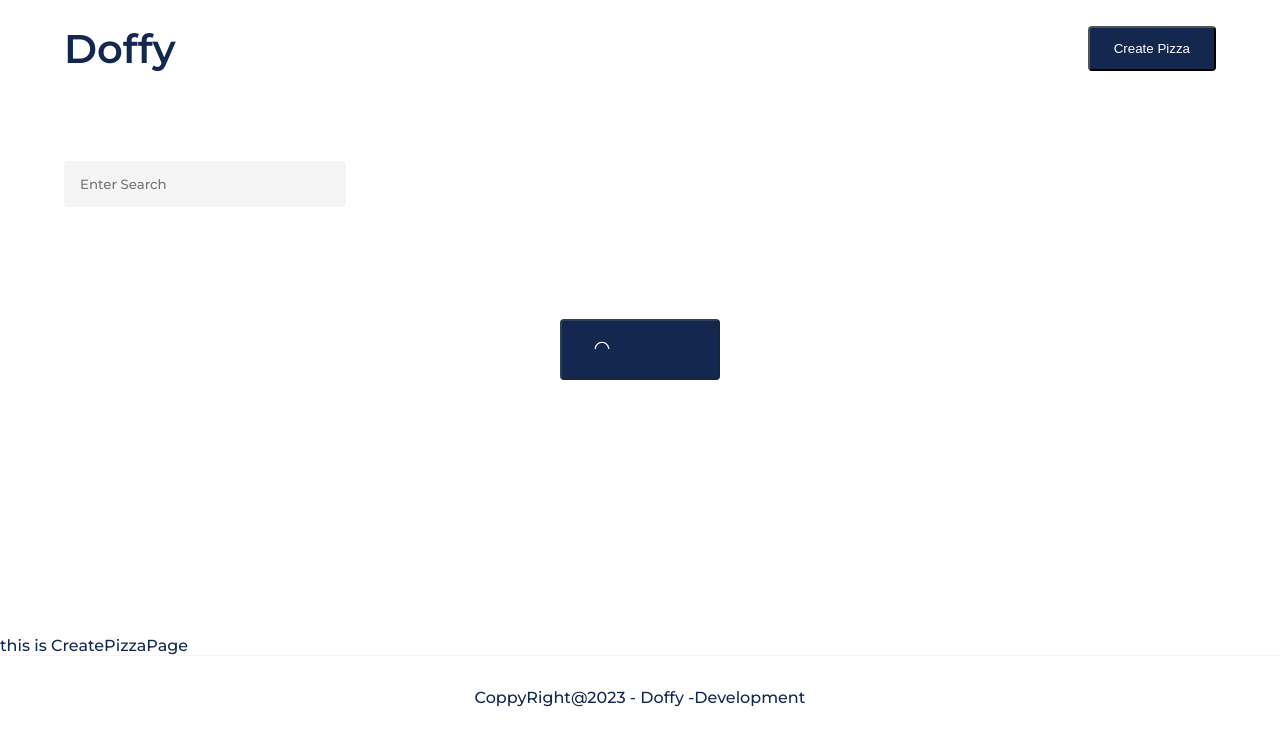
Repository: 16-Doffy/Pizza-Store
Page: /
These files come from the project's save history. The page is drawn as it stood at one moment and after the next save; the edit follows.
The browser window is 1280 px wide. The pictures show the whole page.
The page's requests for data from a server got no answer. An inner scrolling area shows only its first screen. The project was rebuilt for these pictures with package versions that can differ from the ones it lists, and the page was loaded fresh each time. No one was signed in, and anything a server would have sent is missing. Also part of the build but not shown: webpack.config.js, src/sections/CardPizza.tsx.

Above is the page before, as saved 2025-02-08 13:33:14.

### src/App.tsx
import React from "react";
import "./index.css";
import Header from "./layout/Header";
import Footer from "./layout/Footer";
import CreatePizzaPage from "./pages/CreatePizzaPage";
import HomePage from "./pages/HomePage";

function App() {

  return (
    <div className="App">
    <Header />
    <HomePage />
    <CreatePizzaPage />
    <Footer />

    </div>
  );
}

export default App;

### src/index.css
@import url("https://fonts.googleapis.com/css2?family=Montserrat:ital,wght@0,300;0,500;0,600;1,300;1,500;1,600&display=swap");

html {
  font-family: "Montserrat", sans-serif;
}

body {
  padding: 0;
  margin: 0;
  box-sizing: border-box;
}

div {
  color: #14274e;
}

.flex-basic-between {
  display: flex;
  justify-content: space-between;
  align-items: center;
}

/* Button */
.btn-main {
  cursor: pointer;
  background: #14274e;
  color: #fff;
  padding: 0.8rem 1.5rem;
  border-radius: 4px;
}

.btn-main:hover {
  background: #394867;
}
/* Button */

.wrapper-card-items {
  display: flex;
  column-gap: 4rem;
  flex-wrap: wrap;
  row-gap: 8rem;
  padding-top: 7rem;
}

.card-items {
  width: 30%;
  height: 200px;
  box-shadow: 0px 4px 20px 0px rgba(72, 119, 159, 0.18);
  position: relative;
  cursor: pointer;
}

.card-image-pizza {
  width: 200px;
  position: absolute;
  top: -90px;
  left: 22.5%;
}

.card-content {
  display: flex;
  align-items: center;
  justify-content: center;
  height: 50%;
  background: #14274e;
}

/* Text field */
.text-field {
  padding: 0.8rem 1rem;
  background: #f5f5f5;
  border: none;
  outline: none;
  color: #14274e;
  border-radius: 4px;
}

input {
  font-family: "Montserrat", sans-serif;
}
/* Text field */

/* Loading Spinner */
.lds-ring {
  display: inline-block;
  position: relative;
  width: 80px;
  height: 80px;
}
.lds-ring div {
  box-sizing: border-box;
  display: block;
  position: absolute;
  width: 64px;
  height: 64px;
  margin: 8px;
  border: 8px solid #14274e;
  border-radius: 50%;
  animation: lds-ring 1.2s cubic-bezier(0.5, 0, 0.5, 1) infinite;
  border-color: #14274e transparent transparent transparent;
}
.lds-ring div:nth-child(1) {
  animation-delay: -0.45s;
}
.lds-ring div:nth-child(2) {
  animation-delay: -0.3s;
}
.lds-ring div:nth-child(3) {
  animation-delay: -0.15s;
}
@keyframes lds-ring {
  0% {
    transform: rotate(0deg);
  }
  100% {
    transform: rotate(360deg);
  }
}
/* Loading Spinner */

### src/layout/Header.tsx
import React from "react";
import ButtonField from "../components/ButtonField";

const Header = () => {
  return (
    <div className="flex-basic-between" style={{ padding: "1.5rem 4rem" }}>
      <div style={{ fontSize: "40px", fontWeight: 600 }}>Doffy</div>
      <ButtonField > Create Pizza</ButtonField>
    </div>
  );
};

export default Header;

### src/layout/Footer.tsx
import React from 'react';

const Footer = () => {
    return (
        <div
        style={{textAlign:'center', padding:'2rem 0', borderTop:'1px solid #f1f6f9'}}>
            CoppyRight@2023 - Doffy -Development
        </div>
    );
};

export default Footer;

### src/pages/CreatePizzaPage.tsx
import React from 'react';

const CreatePizzaPage = () => {
    return (
        <div>
            this is CreatePizzaPage
        </div>
    );
};

export default CreatePizzaPage;

### src/pages/HomePage.tsx
import React, { useEffect, useState } from "react";
import CardPizza from "../sections/CardPizza";
import { Pizza } from "../models/Pizza.model";
import TextField from "../components/TextField";
import ButtonField from "../components/ButtonField";

const HomePage = () => {
  const [pizzas, setPizzas] = useState<Pizza[]>([]);
  const [isLoading, setIsLoading] = useState(false);
  const [page, setPage] = useState<number>(1);

  useEffect(() => {
    setIsLoading(true)
    fetch(`https://668a837a2c68eaf3211d01c4.mockapi.io/laptop/product?page=${page}`)
      .then(res => res.json())
      .then((data) => {
        setIsLoading(false);
        setPizzas([...pizzas, ...data]);
      })
  }, [page]);


  return (
    <>
    <div
      style={{
        height: "calc(100vh - 309px)",
        padding: "4rem 4rem",
        overflow: "auto",
      }}
    >
    <TextField placeholder="Enter Search" width="250px" />
      <div className="wrapper-card-items">
        {
        (pizzas || []).map((item, index) =>
          <CardPizza
            key={index}
            id={item.id}
            productName={item.productName}
            description={item.description}
          />
        )
        }
      </div>

      <div
          style={{ display: "flex", width: "100%", justifyContent: "center" }}>
         <ButtonField loading={isLoading} onClick={() => setPage(page => page + 1)}>
           Show more
            </ButtonField>
        </div>

    </div>
    </>
  )
};

export default HomePage;





// import React, { useEffect, useMemo, useRef, useState } from "react";
// import CardPizza from "../sections/CardPizza";
// import { Pizza } from "../models/Pizza.model";
// import ButtonField from "../components/ButtonField";
// import TextField from "../components/TextField";

// const HomePage = () => {
//   const [pizzas, setPizzas] = useState<Pizza[]>([]);
//   const [count, setCount] = useState(0); // Dùng để cập nhật pizzas
//   const [page, setPage] = useState<number>(1);
//   const [isLoading, setIsLoading] = useState(false);
//   const pageRef = useRef<HTMLDivElement | null>(null);

//   useEffect(() => {
//     setIsLoading(true);
//     fetch("https://668a837a2c68eaf3211d01c4.mockapi.io/laptop/product")
//       .then((res) => res.json())
//       .then((data) => {
//         setTimeout(() => {
//           setPizzas((prevPizzas) => [...prevPizzas, ...data]);
//           setIsLoading(false);
//         }, 2000);
//       });
//   }, [page]);

//   const tinhTong = useMemo(() => {
//     return count + 1;
//   }, [count]);
//   return (
//     <div
//       style={{
//         height: "calc(100vh - 309px)",
//         padding: "4rem 4rem",
//         overflow: "auto",
//       }}
//     >
//       <TextField placeholder="Enter search" width="250px" />
//       <div className="wrapper-card-items">
//         {pizzas.map((item) => (
//           <CardPizza
//             key={item.id}
//             id={item.id}
//             productName={item.productName}
//             description={item.description}
//           />
//         ))}
//         <div ref={pageRef}>DOffy hello</div>
//         <div
//           style={{ display: "flex", width: "100%", justifyContent: "center" }}
//         >
//           <ButtonField
//             loading={isLoading}
//             onClick={() => {
//               if (pageRef.current) {
//                 pageRef.current.style.color = "red";
//               }
//             }}
//           >
//             Show more
//           </ButtonField>
//         </div>
//         {tinhTong}

//         <button onClick={() => setCount(count + 1)}>Increase</button>
//         {count}
//       </div>
//     </div>
//   );
// };

// export default HomePage;

### src/components/ButtonField.tsx
import React, { ReactNode } from 'react';
import { IcSpinner } from '../icon/IcSpinner';


type Props ={
    loading?:boolean;
    children?: ReactNode;
    onClick?: () => void;
}
const ButtonField = ({
    loading,
    children,
    onClick,
}: Props) => {
    return (
        <button className="btn-main" onClick={onClick} disabled={loading}>
            {loading ? (
                <div style={{ display: 'flex', alignItems: 'center', columnGap: '.5rem' }}>
                    <IcSpinner width="32px" height="32px" />
                    {children}
                </div>
            ) : (
                children
            )}
        </button>
    );
};


export default ButtonField;

### src/components/TextField.tsx
import React from 'react';
type Props = {
    placeholder:string;
    value?:string;
    width?:string;
    height?:string;
    onChange?: (value:string) =>void;
}
const TextField = ({
    // placeholder,
    // value,
    width = '100%',
    height ='20px',
    onChange,
    ...props
}:Props) => {
    return (
        <input
        {...props}
        type="text"
        className='text-field'
        style={{width, height}}
        // placeholder={placeholder}
        // value={value}
        onChange={(e) => onChange && onChange(e.target.value)}
        />
    );
};

export default TextField;
//{..props} => trải dài all infor placeholder

### src/icon/IcSpinner.tsx
type Props = {
    width: string;
    height: string;
  }

  export const IcSpinner = ({ width, height }: Props) => {
    return (
      <div style={{ width, height }}>
        <svg version="1.1" id="L9" xmlns="http://www.w3.org/2000/svg" x="0px" y="0px"
          viewBox="0 0 100 100" enableBackground="new 0 0 0 0">
          <path fill="#fff" d="M73,50c0-12.7-10.3-23-23-23S27,37.3,27,50 M30.9,50c0-10.5,8.5-19.1,19.1-19.1S69.1,39.5,69.1,50">
            <animateTransform
              attributeName="transform"
              attributeType="XML"
              type="rotate"
              dur="1s"
              from="0 50 50"
              to="360 50 50"
              repeatCount="indefinite" />
          </path>
        </svg>
      </div>
    )
  };

### src/components/SpinnerLoad.tsx
import React from 'react';

const SpinnerLoad = () => {
    return (
        <div className='lds-ding'>
            <div></div>
            <div></div>
            <div></div>
            <div></div>
        </div>
    );
};

export default SpinnerLoad;

Loaded but not shown: public/index.html (common file); src/index.tsx (common file)

After the next save:
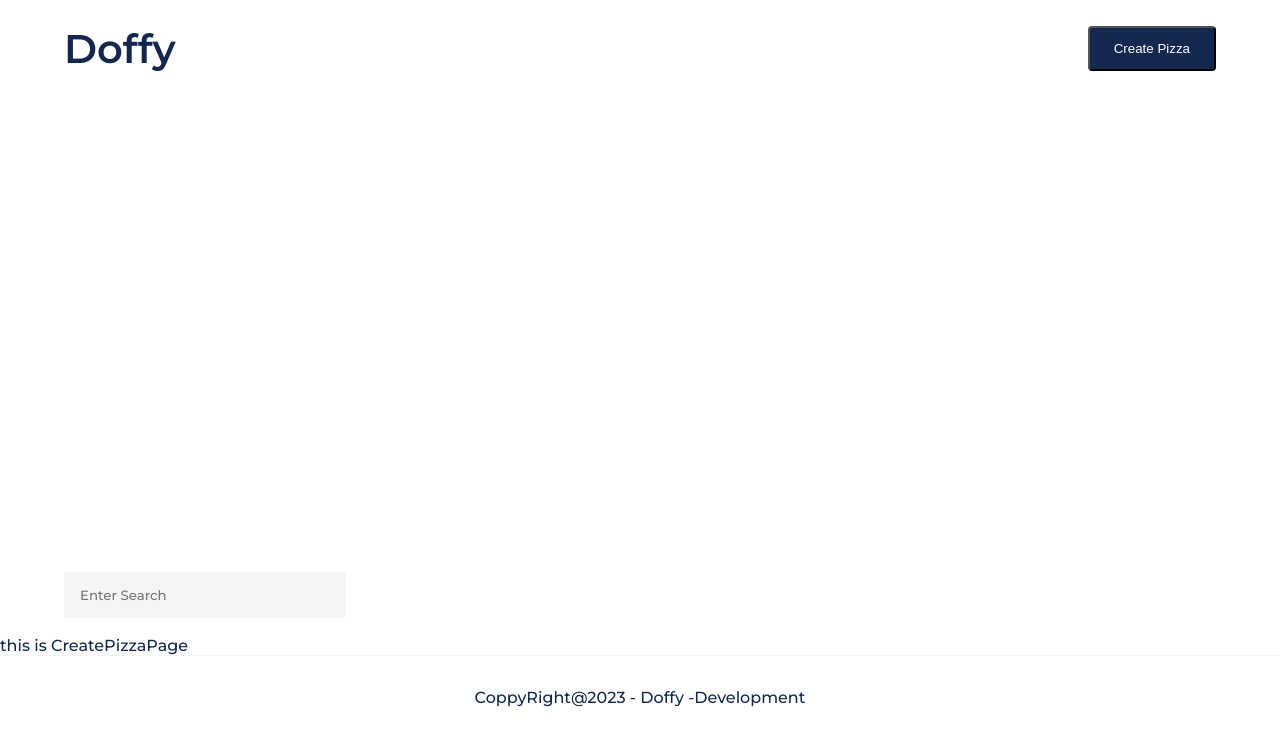
Saved 3 min 22 s later.
--- a/src/pages/HomePage.tsx
+++ b/src/pages/HomePage.tsx
@@ -3,6 +3,7 @@ import CardPizza from "../sections/CardPizza";
 import { Pizza } from "../models/Pizza.model";
 import TextField from "../components/TextField";
 import ButtonField from "../components/ButtonField";
+import SpinnerLoad from "../components/SpinnerLoad";
 
 const HomePage = () => {
   const [pizzas, setPizzas] = useState<Pizza[]>([]);
@@ -29,6 +30,14 @@ const HomePage = () => {
         overflow: "auto",
       }}
     >
+    {
+      !pizzas.length && (
+        <div style={{display:'flex', alignItems:'center', justifyContent:'center',height:'100%'}}>
+<SpinnerLoad />
+        </div>
+      )
+    }
+     <div>
     <TextField placeholder="Enter Search" width="250px" />
       <div className="wrapper-card-items">
         {
@@ -49,7 +58,7 @@ const HomePage = () => {
            Show more
             </ButtonField>
         </div>
-
+        </div>
     </div>
     </>
   )
